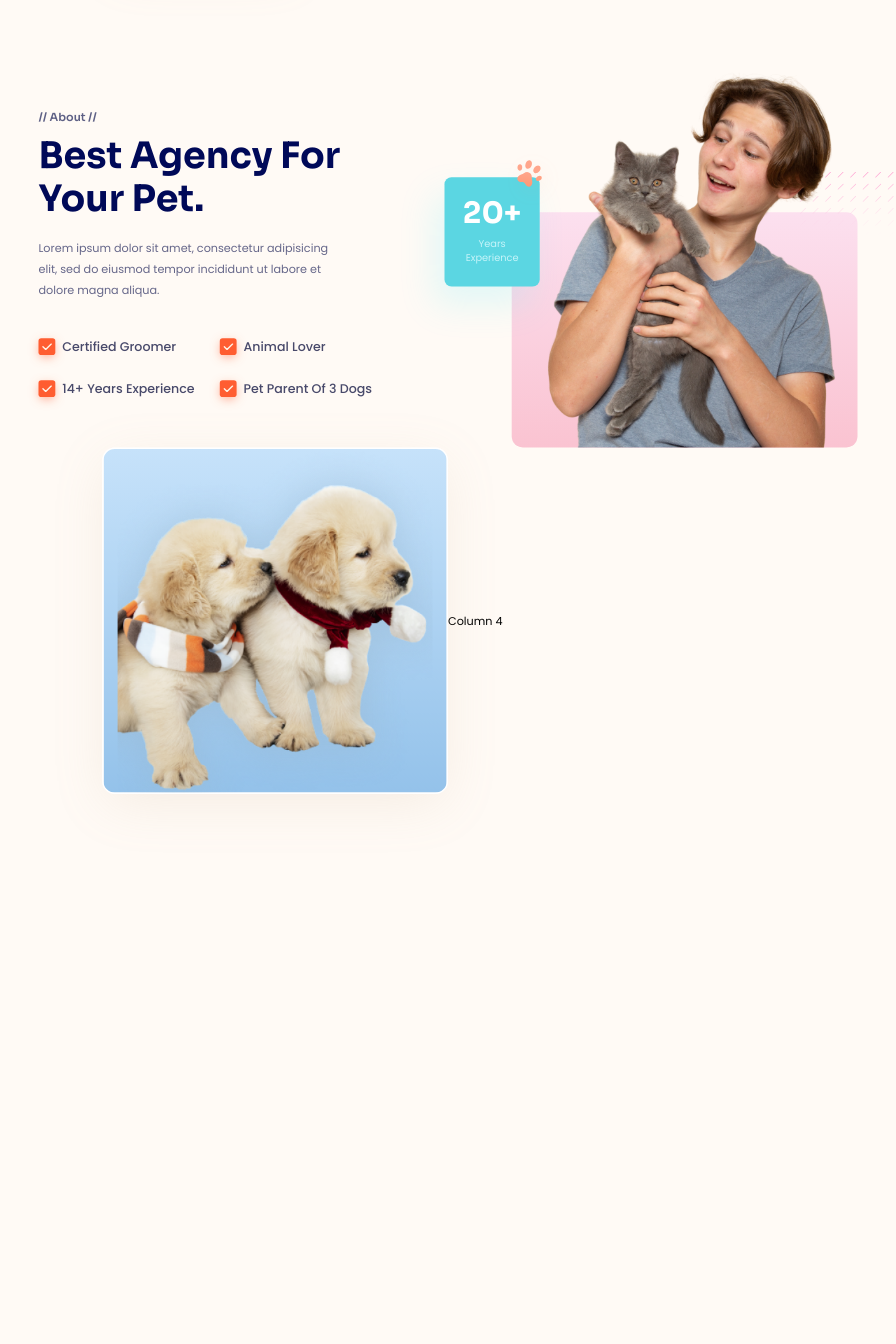
Repository: empty24062002/f8-project-05
Page: index.html
An editor plug-in stored every save of this project. The page is shown before and after the next save, followed by the edit.
The browser window is 1280 px wide. The pictures show the part of the page from y = 815 to 2735 px (the page is 10896 px tall), at 70% of full size.

Above is the page before, as saved 2023-09-11 11:00:33.

After the next save:
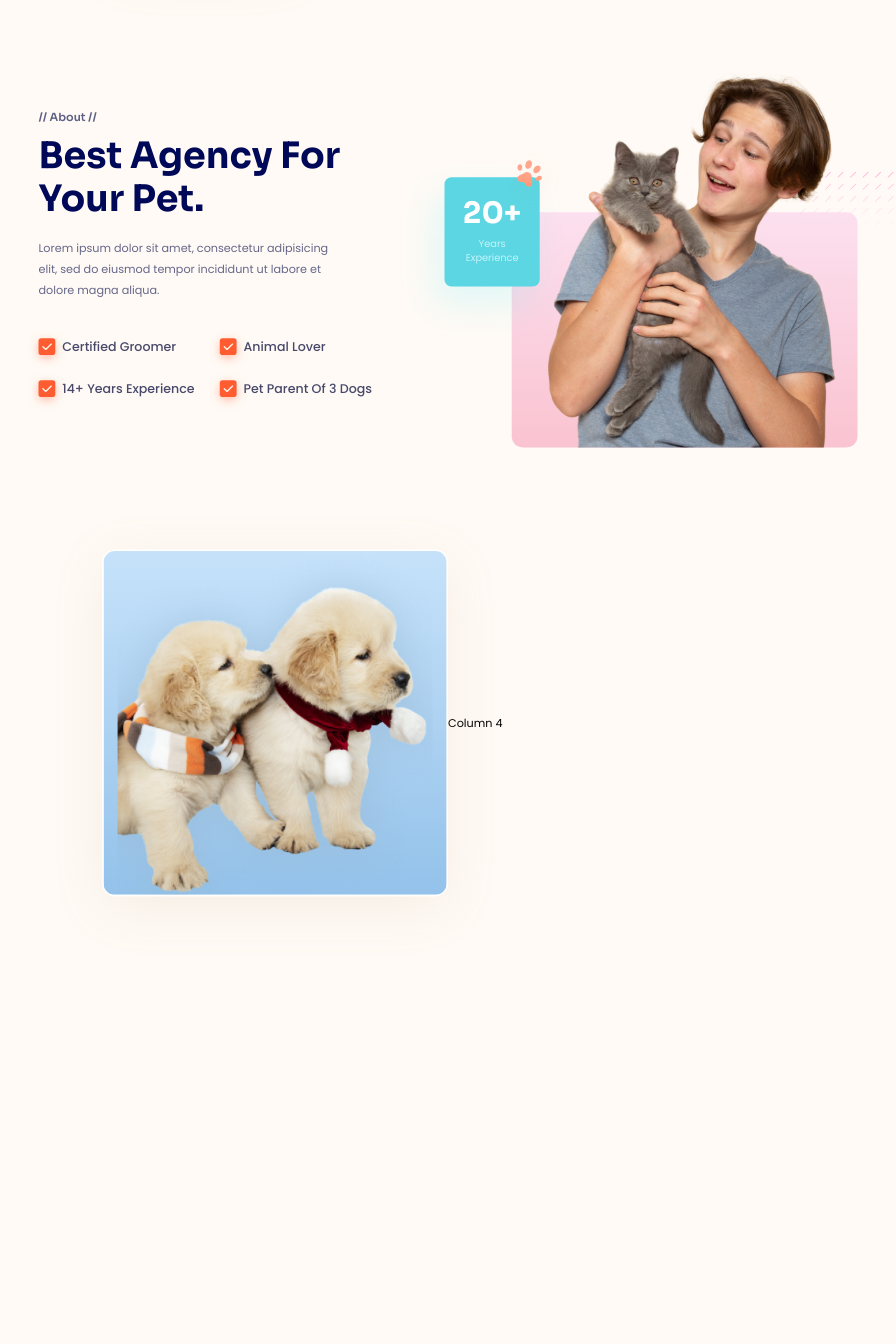
Saved 50 s later.
--- a/assets/css/styles.css
+++ b/assets/css/styles.css
@@ -300,6 +300,7 @@ a {
 .about__inner {
     display: grid;
     grid-template-columns: 1fr 1fr;
+    row-gap: 146px;
     align-items: center;
 }
 
